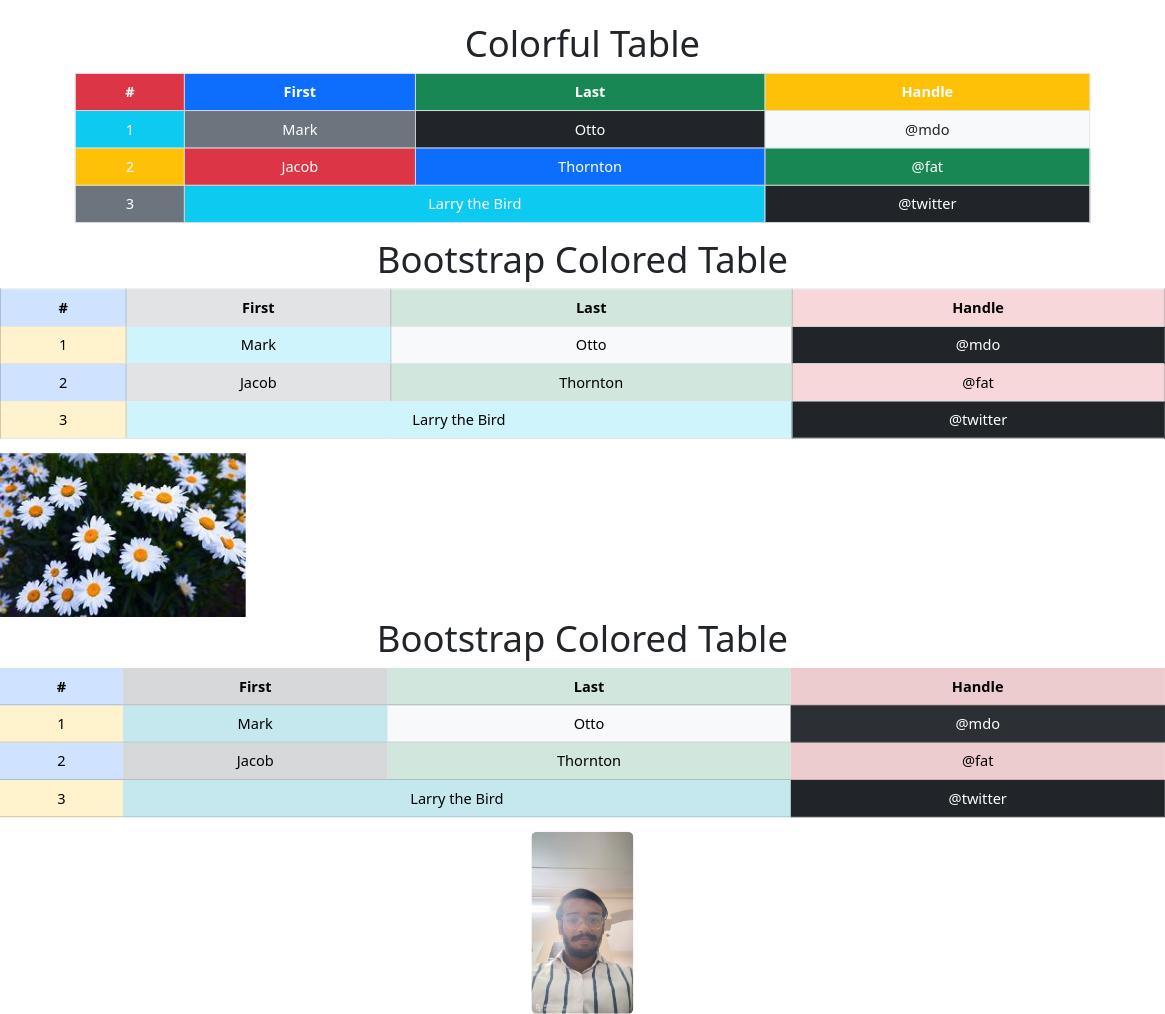
Repository: arunyerram/Web-TEChnologies
Page: BootstrapTables.html
The author's editor kept a copy of each file at every save. The page is drawn from the files as they stood at one save, then again after a run of saves.
The browser window is 1280 px wide. The pictures show the whole page, at 91% of full size.

Above is the page before, as saved 2025-02-22 11:38:58.

### BootstrapTables.html
<!DOCTYPE html>
<html lang="en">
<head>
    <meta charset="UTF-8">
    <meta name="viewport" content="width=device-width, initial-scale=1.0">
    <title>Colorful Table</title>
    <link href="https://cdn.jsdelivr.net/npm/bootstrap@5.3.3/dist/css/bootstrap.min.css" rel="stylesheet">
    <script src="https://cdn.jsdelivr.net/npm/bootstrap@5.3.3/dist/js/bootstrap.bundle.min.js"></script>
    <style>
        table {
            border-collapse: collapse;
            width: 100%;
        }
        th, td {
            padding: 10px;
            text-align: center;
        }
        .table-custom th, .table-custom td {
            color: white;
        }
    </style>
</head>
<body>
    <div class="container mt-4">
        <h1 class="text-center">Colorful Table</h1>
        <table class="table table-bordered table-custom">
            <thead>
                <tr>
                    <th class="bg-danger">#</th>
                    <th class="bg-primary">First</th>
                    <th class="bg-success">Last</th>
                    <th class="bg-warning">Handle</th>
                </tr>
            </thead>
            <tbody>
                <tr>
                    <td class="bg-info">1</td>
                    <td class="bg-secondary">Mark</td>
                    <td class="bg-dark">Otto</td>
                    <td class="bg-light text-dark">@mdo</td>
                </tr>
                <tr>
                    <td class="bg-warning">2</td>
                    <td class="bg-danger">Jacob</td>
                    <td class="bg-primary">Thornton</td>
                    <td class="bg-success">@fat</td>
                </tr>
                <tr>
                    <td class="bg-secondary">3</td>
                    <td class="bg-info" colspan="2">Larry the Bird</td>
                    <td class="bg-dark">@twitter</td>
                </tr>
            </tbody>
        </table>
    </div>


    <h1 class="text-center">Bootstrap Colored Table</h1>
        <table class="table table-bordered">
            <thead>
                <tr>
                    <th class="table-primary">#</th>
                    <th class="table-secondary">First</th>
                    <th class="table-success">Last</th>
                    <th class="table-danger">Handle</th>
                </tr>
            </thead>
            <tbody>
                <tr>
                    <td class="table-warning">1</td>
                    <td class="table-info">Mark</td>
                    <td class="table-light">Otto</td>
                    <td class="table-dark text-white">@mdo</td>
                </tr>
                <tr>
                    <td class="table-primary">2</td>
                    <td class="table-secondary">Jacob</td>
                    <td class="table-success">Thornton</td>
                    <td class="table-danger">@fat</td>
                </tr>
                <tr>
                    <td class="table-warning">3</td>
                    <td class="table-info" colspan="2">Larry the Bird</td>
                    <td class="table-dark text-white">@twitter</td>
                </tr>
            </tbody>
        </table>
        <img src="./image.jpg" class="img-fluid" alt="...">
        <h1 class="text-center">Bootstrap Colored Table</h1>
        <table class="table table-dark table-striped-columns">
            <thead>
                <tr>
                    <th class="table-primary">#</th>
                    <th class="table-secondary">First</th>
                    <th class="table-success">Last</th>
                    <th class="table-danger">Handle</th>
                </tr>
            </thead>
            <tbody>
                <tr>
                    <td class="table-warning">1</td>
                    <td class="table-info">Mark</td>
                    <td class="table-light">Otto</td>
                    <td class="table-dark text-white">@mdo</td>
                </tr>
                <tr>
                    <td class="table-primary">2</td>
                    <td class="table-secondary">Jacob</td>
                    <td class="table-success">Thornton</td>
                    <td class="table-danger">@fat</td>
                </tr>
                <tr>
                    <td class="table-warning">3</td>
                    <td class="table-info" colspan="2">Larry the Bird</td>
                    <td class="table-dark text-white">@twitter</td>
                </tr>
            </tbody>
        </table>

        <img src="Arun.jpg" class="rounded mx-auto d-block" alt="..." height="200px">
</body>
</html>

After the next 3 saves:
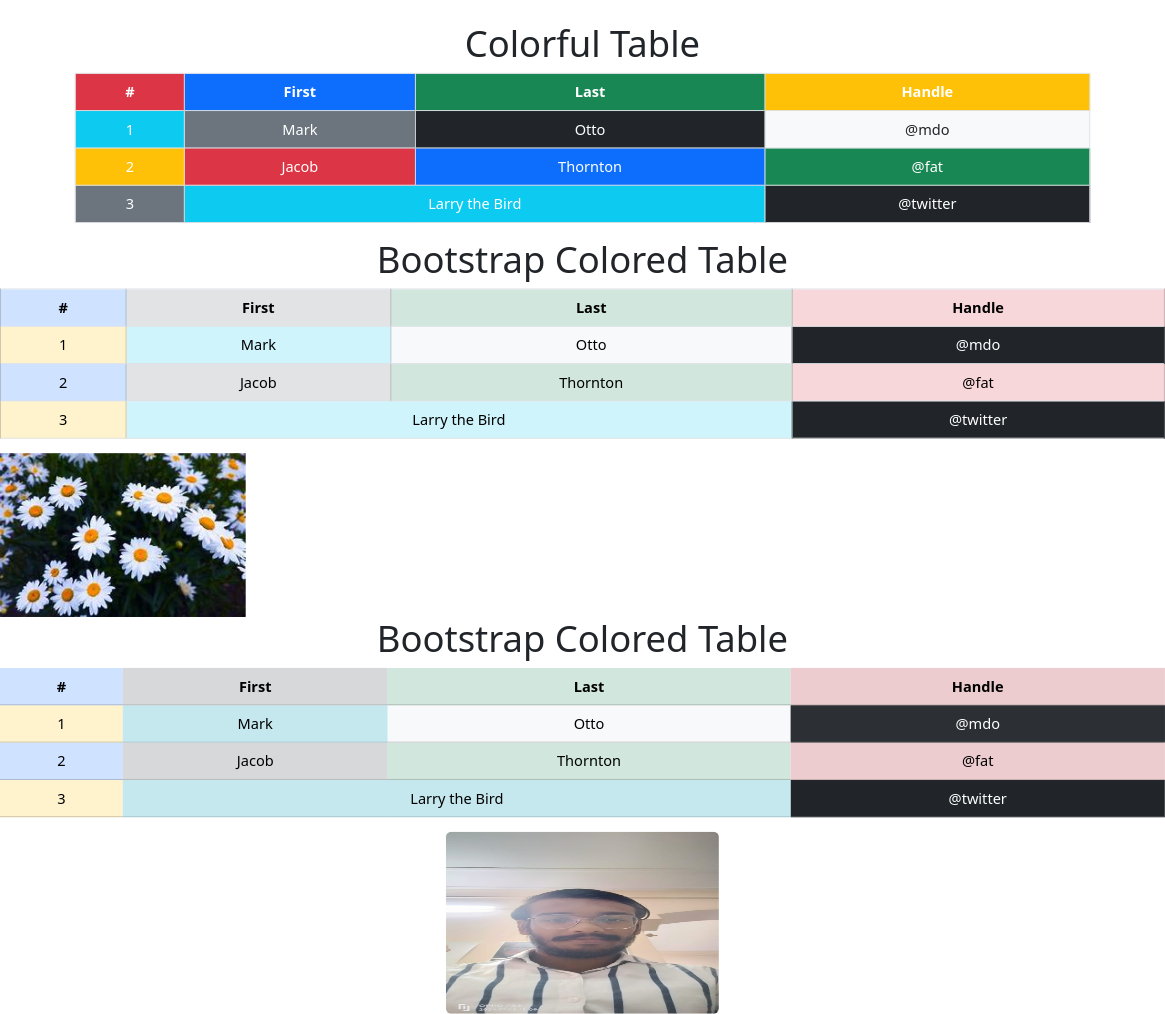
The 3 saves are shown as one change because they came seconds apart.
The last was saved 8 s later.
--- a/BootstrapTables.html
+++ b/BootstrapTables.html
@@ -117,6 +117,6 @@
             </tbody>
         </table>
 
-        <img src="Arun.jpg" class="rounded mx-auto d-block" alt="..." height="200px">
+        <img src="Arun.jpg" class="rounded mx-auto d-block" alt="..." height="200px" width="300px">
 </body>
 </html>
